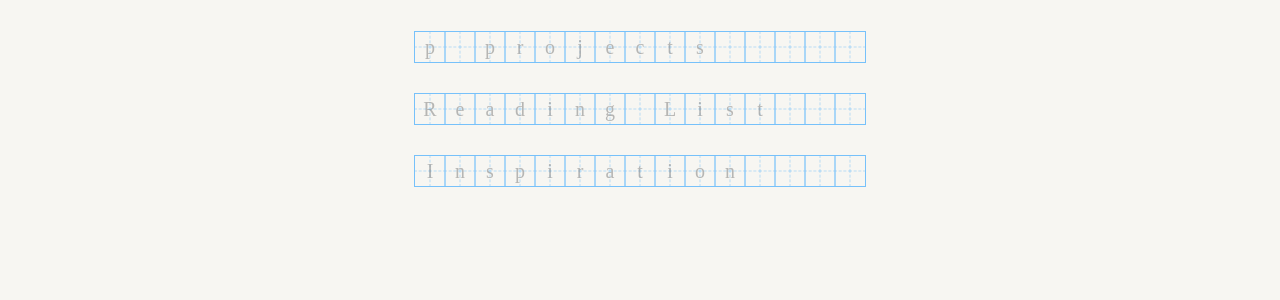
Repository: pyrcl090/p-p
Page: index.html
The author's editor kept a copy of each file at every save. The page is drawn from the files as they stood at one save, then again after a run of saves.
The browser window is 1280 px wide. The pictures show the whole page.
The page's requests for data from a server got no answer. Some web fonts or font styles are not loaded; a fallback is used.

Above is the page before, as saved 2025-04-19 17:04:10.

### index.html
<!DOCTYPE html>
<html lang="en">
<head>
    <meta charset="UTF-8">
    <meta name="viewport" content="width=device-width, initial-scale=1.0">
    <title>P</title>
    <link rel="stylesheet" href="style.css">
</head>
<body>

    <div class="grid-wrapper">
        <div class="grid-border" id="grid-border">
          <!-- JavaScript will populate .grid-item elements here -->
        </div>
      </div>

        <!-- <div class="grid-wrapper">
          <div class="grid-container"></div>
          <div class="overlay-grid"></div>
        </div> -->

        <script src="script.js" async defer></script>
</body>
</html>

### style.css
@font-face {
  font-family: 'HMP';
  src: url("./assets/hiragino-maru-gothic-pron-w4.otf") format("truetype");
}

a {
  color: rgb(167, 151, 0);
  opacity: .5;
}

html, body {
  background-color: rgb(247, 246, 242);
  margin: 0;
  padding: 0;
  font-family: 'HMP';
}

body {

}

.grid-wrapper {
  padding: 2em;
  display: flex;
  justify-content: flex-start;
  align-items: center;
  flex-direction: column;
  width: 100%;
  min-height: 100vh;
  box-sizing: border-box;
}

.grid-border {
  display: flex;
  flex-direction: column;
  align-items: center;
  gap: 2em;
}

/* Inner container holding grid + overlay */
.grid-wrapper-inner {
  position: relative;
  display: inline-block;
  line-height: 0;
}

/* Grid background */
.grid-columns-rows {
  display: grid;
  grid-template-columns: repeat(15, 30px);
  grid-auto-rows: 30px;
  gap: 0;
  outline: 1px solid rgb(88, 181, 253);
  pointer-events: none;
  z-index: 1;
}

/* Each subcell (quad layout) */
.grid-columns-rows .grid-item {
  display: grid;
  grid-template-columns: repeat(2, 1fr);
  grid-template-rows: repeat(2, 1fr);
  width: 30px;
  height: 30px;
  outline: 0.5px solid rgb(88, 181, 253);
  opacity: 0.6;
}

.sub-cell {
  outline: 0.15px dashed rgb(88, 181, 253);
  opacity: 0.4;
  width: 100%;
  height: 100%;
}

/* Overlaid text */
.grid-content {
  display: grid;
  grid-template-columns: repeat(15, 30px);
  grid-auto-rows: 30px;
  gap: 0;
  position: absolute;
  top: 0;
  left: 0;
  z-index: 2;
}

.overlay-item {
  width: 30px;
  height: 30px;
  font-size: 20px;
  text-align: center;
  display: flex;
  justify-content: center;
  align-items: center;
  font-family: 'HMP';
  color: rgba(113, 113, 113, 0.6);
  line-height: 1;
  white-space: nowrap;
  pointer-events: auto;
}

.grid-image {
  width: 100%;  /* Ensure it fills the available width of the wrapper */
  display: block;  /* Block display to avoid inline issues */
  object-fit: contain;  /* Maintain aspect ratio and fit within the container */
  max-height: calc(30px * 10);  /* Ensure the image doesn't exceed the height of 5 rows */
  margin: 0; /* Remove any default margin */
  opacity: .8;
}

.grid-image-wrapper {
  display: flex;  /* Flexbox enables easy alignment of the image */
  justify-content: center;  /* Default alignment to center, you can change it via JS */
  align-items: center;  /* Vertically center the image */
  width: 100%;  /* Make sure it spans the full width of the grid column */
  height: calc(30px * 5);  /* Ensure it takes up exactly 5 rows in height */
}

.grid-item {
  display: flex;
  flex-direction: column;
  width: fit-content;
  opacity: .8;
}

.grid-item.channel-name {
  cursor: pointer;
}

.grid-item.channel-content {
  display: none;
}
/* .content-separator {
  grid-column: span 15;
  height: 30px;
} */

### script.js


const channels = [
  'p-pp-vz1bkeezvp0',
  'read-re_d-rode',
  'putaiinnnnn'
];

const customMenu = [
  { label: "p projects", content: "This section contains all of my personal projects, notes, and sketches." },
  { label: "Reading List", content: "Books, essays, and articles I want to read or have read recently." },
  { label: "Inspiration", content: "Images, videos, and quotes that inspire me in some way." }
];

const gridBorder = document.getElementById('grid-border');
const cols = 15;
const cellSize = 30;
let currentlyOpenId = null;
const loadedChannels = new Set();

function createGridStructure(numItems) {
  const grid = document.createElement('div');
  grid.className = 'grid-columns-rows';
  const rows = Math.ceil(numItems / cols);
  const totalCells = rows * cols;

  for (let i = 0; i < totalCells; i++) {
    const cell = document.createElement('div');
    cell.className = 'grid-item';

    for (let j = 0; j < 4; j++) {
      const sub = document.createElement('div');
      sub.className = 'sub-cell';
      cell.appendChild(sub);
    }

    grid.appendChild(cell);
  }

  return grid;
}

function createOverlayItem(char, isLink = false, href = '') {
  const div = document.createElement('div');
  div.className = 'overlay-item';

  if (isLink) {
    const a = document.createElement('a');
    a.href = href;
    a.target = '_blank';
    a.textContent = char;
    a.style.textDecoration = 'none';
    a.style.color = 'inherit';
    div.appendChild(a);
  } else {
    div.textContent = char;
  }

  return div;
}

function addTextBlock(text, container) {
  console.log(`Adding text block: ${text}`);
  for (const char of text) {
    const div = createOverlayItem(char);
    container.appendChild(div);
  }

  const remainder = text.length % cols;
  if (remainder !== 0) {
    for (let i = 0; i < cols - remainder; i++) {
      container.appendChild(document.createElement('div'));
    }
  }
}

function fillChannelContent(contentEl, slug) {
  console.log('Fetching content for channel:', slug);
  fetch(`https://api.are.na/v2/channels/${slug}?per=100`)
    .then(res => res.json())
    .then(data => {
      let totalCells = 0;

      if (data.metadata?.description) {
        addTextBlock(data.metadata.description, contentEl);
        totalCells += data.metadata.description.length;
        totalCells += (cols - (data.metadata.description.length % cols)) % cols;
      }

      data.contents.forEach(block => {
        if (block.image?.display?.url) {
          const img = document.createElement('img');
          img.src = block.image.display.url;
          img.className = 'grid-image';
          img.style.gridColumn = `span 15`;
          img.style.gridRow = `span 10`;
          img.style.justifySelf = Math.random() > 0.5 ? 'flex-start' : 'flex-end';
          contentEl.appendChild(img);
          totalCells += 150;
        }

        if (block.file?.url) {
          const fileLink = document.createElement('a');
          fileLink.href = block.file.url;
          fileLink.target = '_blank';
          fileLink.textContent = `View file: ${block.file.name || 'Document'}`;
          contentEl.appendChild(fileLink);
          contentEl.appendChild(document.createElement('br'));
          totalCells += 2;
        }

        const text = block.content || block.title || block.body || '';
        if (text) {
          addTextBlock(text, contentEl);
          totalCells += text.length;
          totalCells += (cols - (text.length % cols)) % cols;
        }
      });

      const rowsNeeded = Math.ceil(totalCells / cols);
      const totalCellsNeeded = rowsNeeded * cols;

      const wrapper = contentEl.closest('.grid-wrapper-inner');
      const oldGrid = wrapper.querySelector('.grid-columns-rows');
      if (oldGrid) oldGrid.remove();

      const newGrid = createGridStructure(totalCellsNeeded);
      wrapper.insertBefore(newGrid, contentEl);

      loadedChannels.add(slug);
    })
    .catch(error => console.error(`Error fetching data for channel ${slug}:`, error));
}

function toggleContent(id, slug = null, customText = null) {
  const contentWrapper = document.getElementById(id);
  const contentItem = contentWrapper.closest('.channel-content');

  if (currentlyOpenId && currentlyOpenId !== id) {
    const prevWrapper = document.getElementById(currentlyOpenId);
    const prevItem = prevWrapper?.closest('.channel-content');
    if (prevItem) prevItem.style.display = 'none';
  }

  const isOpen = contentItem.style.display === 'block';

  if (isOpen) {
    contentItem.style.display = 'none';
    currentlyOpenId = null;
  } else {
    contentItem.style.display = 'block';
    currentlyOpenId = id;

    if (slug && !loadedChannels.has(slug)) {
      fillChannelContent(contentWrapper, slug);
    } else if (customText && !contentWrapper.dataset.filled) {
      addTextBlock(customText, contentWrapper);
      contentWrapper.dataset.filled = "true";
    }
  }
}

function createChannelItem(channelData, index) {
  const slug = channelData.slug;
  const title = channelData.title || `Channel ${index + 1}`;
  const contentId = `channel-content-${index}`;

  const nameItem = document.createElement('div');
  nameItem.className = 'grid-item channel-name';

  const grid = createGridStructure(title.length);
  const content = document.createElement('div');
  content.className = 'grid-content';

  for (const char of title) {
    const item = createOverlayItem(char);
    item.style.cursor = 'pointer';
    item.addEventListener('click', () => toggleContent(contentId, slug));
    content.appendChild(item);
  }

  const wrapper = document.createElement('div');
  wrapper.className = 'grid-wrapper-inner';
  wrapper.appendChild(grid);
  wrapper.appendChild(content);
  nameItem.appendChild(wrapper);
  gridBorder.appendChild(nameItem);

  const contentItem = document.createElement('div');
  contentItem.className = 'grid-item channel-content';
  contentItem.style.display = 'none';

  const contentGrid = createGridStructure(200);
  const contentOverlay = document.createElement('div');
  contentOverlay.className = 'grid-content';
  contentOverlay.id = contentId;

  const contentWrapper = document.createElement('div');
  contentWrapper.className = 'grid-wrapper-inner';
  contentWrapper.appendChild(contentGrid);
  contentWrapper.appendChild(contentOverlay);

  contentItem.appendChild(contentWrapper);
  gridBorder.appendChild(contentItem);
}

function createCustomMenuItem(item, index) {
  const label = item.label;
  const contentText = item.content;
  const contentId = `custom-menu-content-${index}`;

  const nameItem = document.createElement('div');
  nameItem.className = 'grid-item channel-name';

  const grid = createGridStructure(label.length);
  const content = document.createElement('div');
  content.className = 'grid-content';

  for (const char of label) {
    const itemEl = createOverlayItem(char);
    itemEl.style.cursor = 'pointer';
    itemEl.addEventListener('click', () => toggleContent(contentId, null, contentText));
    content.appendChild(itemEl);
  }

  const wrapper = document.createElement('div');
  wrapper.className = 'grid-wrapper-inner';
  wrapper.appendChild(grid);
  wrapper.appendChild(content);
  nameItem.appendChild(wrapper);
  gridBorder.appendChild(nameItem);

  const contentItem = document.createElement('div');
  contentItem.className = 'grid-item channel-content';
  contentItem.style.display = 'none';

  const contentGrid = createGridStructure(200);
  const contentOverlay = document.createElement('div');
  contentOverlay.className = 'grid-content';
  contentOverlay.id = contentId;

  const contentWrapper = document.createElement('div');
  contentWrapper.className = 'grid-wrapper-inner';
  contentWrapper.appendChild(contentGrid);
  contentWrapper.appendChild(contentOverlay);

  contentItem.appendChild(contentWrapper);
  gridBorder.appendChild(contentItem);
}

// Render custom menu first
customMenu.forEach((item, index) => {
  createCustomMenuItem(item, index);
});

// Then fetch Are.na channels
channels.forEach((slug, index) => {
  fetch(`https://api.are.na/v2/channels/${slug}?per=1`)
    .then(res => res.json())
    .then(data => {
      data.slug = slug;
      createChannelItem(data, index + customMenu.length); // Shift index to avoid ID clash
    });
});

After the next 2 saves:
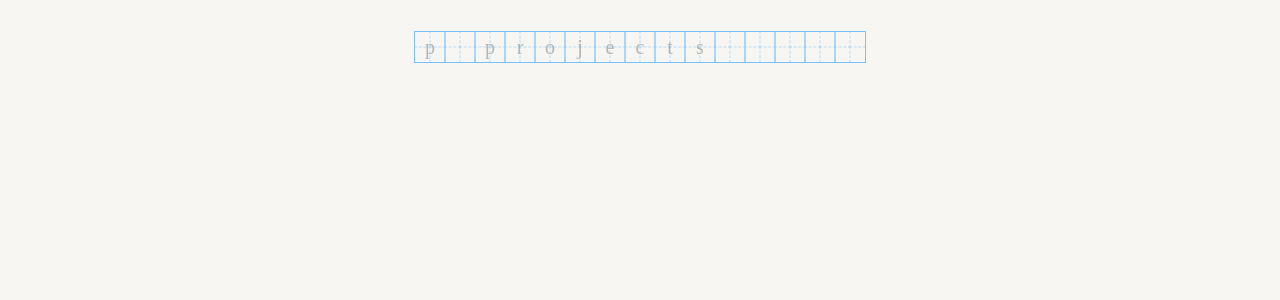
The 2 saves are shown as one change because they came seconds apart.
The last was saved 7 s later.
--- a/script.js
+++ b/script.js
@@ -7,9 +7,9 @@ const channels = [
 ];
 
 const customMenu = [
-  { label: "p projects", content: "This section contains all of my personal projects, notes, and sketches." },
-  { label: "Reading List", content: "Books, essays, and articles I want to read or have read recently." },
-  { label: "Inspiration", content: "Images, videos, and quotes that inspire me in some way." }
+  { label: "p projects", content: "" },
+  // { label: "Reading List", content: "Books, essays, and articles I want to read or have read recently." },
+  // { label: "Inspiration", content: "Images, videos, and quotes that inspire me in some way." }
 ];
 
 const gridBorder = document.getElementById('grid-border');
